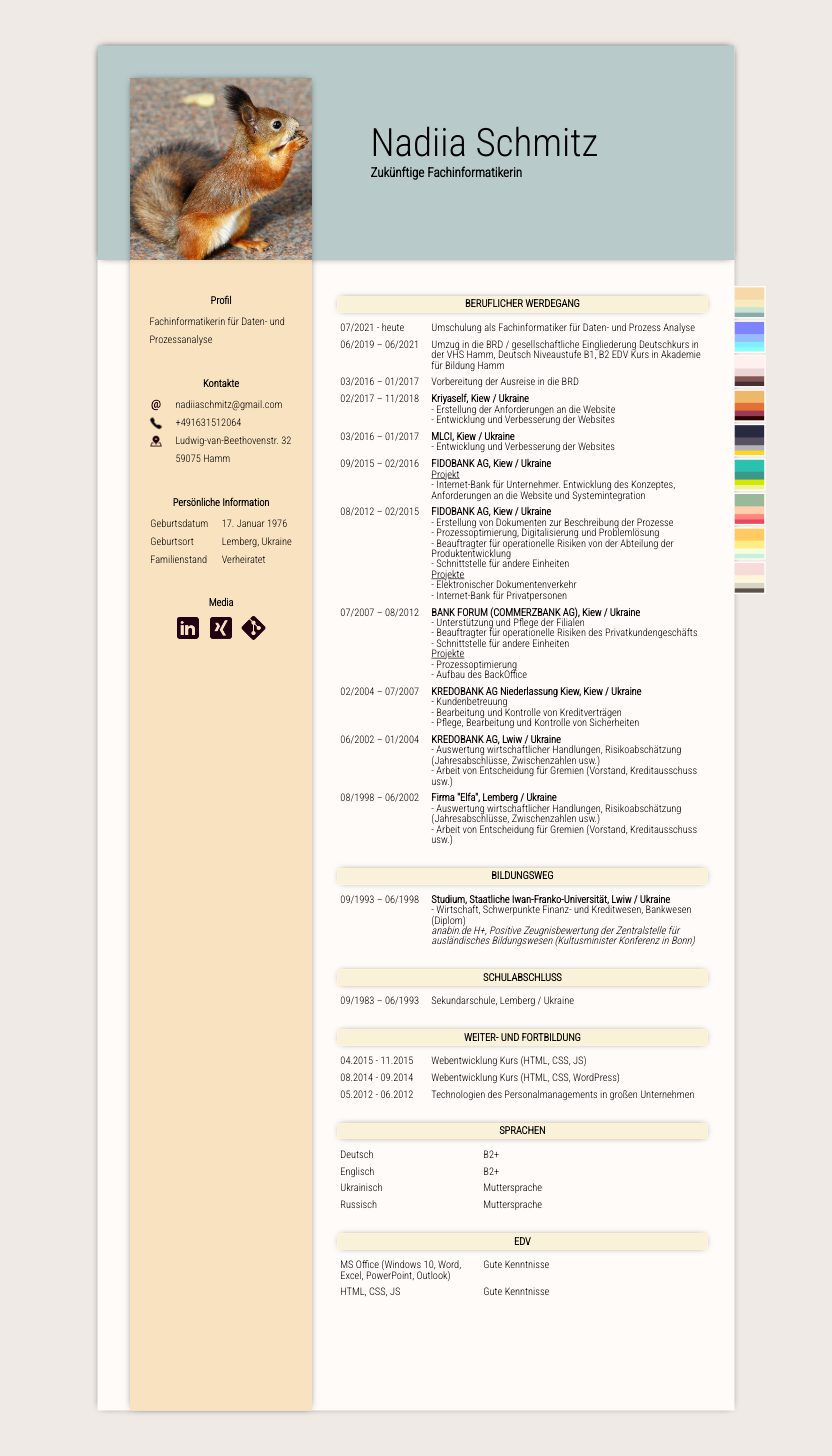
Repository: NadiaSchmitz/lebenslauf.nschmitz.githab.io
Page: index.html
The author's editor kept a record of every edit. The page is drawn from the files as they stood at one moment, then again after the next edit.
The browser window is 1280 px wide. The pictures show the whole page, at 65% of full size.

Above is the page before.

### index.html
<!DOCTYPE html>
<html>

<head>
  <meta charset="utf-8" />
  <title>Lebenslauf Nadiia Schmitz</title>
  <link rel="stylesheet" href="./styles/reset.css" type="text/css" />
  <link rel="stylesheet" href="./styles/style.css" type="text/css" />
  <link rel="stylesheet" href="./styles/icons.css" type="text/css" />
  <meta name="viewport" content="width=device-width, initial-scale=1.0">
  <link rel="preconnect" href="https://fonts.googleapis.com">
  <link rel="preconnect" href="https://fonts.gstatic.com" crossorigin>
  <link href="https://fonts.googleapis.com/css2?family=Roboto+Condensed:wght@300&display=swap" rel="stylesheet">
  <link rel="shortcut icon" href="images/favicon.png" type="image/x-icon">
  <script src="https://ajax.googleapis.com/ajax/libs/jquery/2.2.0/jquery.min.js"></script>
  <script type="text/javascript" src="./js/colors.js"></script>
</head>

<body>
  <section class="wrapper">
    <section class="inner_wrapper">
      <div class="content_wrapper">
        <header class="header">
          <div class="header_text">
            <h1>Nadiia Schmitz</h1>
            <h2>Zukünftige Fachinformatikerin</h2>
          </div>
        </header>
        <div class="color_schema_buttons_wrapper">
          <div id="pistachios" class="color_schema_button pistachios" title="pistachios"></div>
          <div id="sea" class="color_schema_button sea" title="sea"></div>
          <div id="cappuchino" class="color_schema_button cappuchino" title="cappuchino"></div>
          <div id="autumn" class="color_schema_button autumn" title="autumn"></div>
          <div id="bvb" class="color_schema_button bvb" title="bvb"></div>
          <div id="lime" class="color_schema_button lime" title="lime"></div>
          <div id="summer" class="color_schema_button summer" title="summer"></div>
          <div id="sun" class="color_schema_button sun" title="sun"></div>
          <div id="pastel" class="color_schema_button pastel" title="pastel"></div>
        </div>
        <div class="lebenslauf_wrapper">
          <div class="sidebar sidebar_left">
            <div class="sidebar_foto"></div>
            <div class="sidebar_content">
              <div class="sidebar_content_item profile">
                <h3>Profil</h3>
                <table>
                  <tr>
                    <td col="2">Fachinformatikerin für Daten- und Prozessanalyse</td>
                  </tr>
                </table>
              </div>
              <div class="sidebar_content_item contacts">
                <h3>Kontakte</h3>
                <table>
                  <tr>
                    <td>
                      <span class="sidebar_content_item_icon contacts_email"></span>
                    </td>
                    <td>nadiiaschmitz@gmail.com</td>
                  </tr>
                  <tr>
                    <td>
                      <span class="sidebar_content_item_icon contacts_phone"></span>
                    </td>
                    <td>+491631512064</td>
                  </tr>
                  <tr>
                    <td>
                      <span class="sidebar_content_item_icon contacts_adress"></span>
                    </td>
                    <td>Ludwig-van-Beethovenstr. 32 59075 Hamm</td>
                  </tr>
                </table>
              </div>
              <div class="sidebar_content_item personal">
                <h3>Persönliche Information</h3>
                <table>
                  <tr>
                    <td>Geburtsdatum</td>
                    <td>17. Januar 1976</td>
                  </tr>
                  <tr>
                    <td>Geburtsort</td>
                    <td>Lemberg, Ukraine</td>
                  </tr>
                  <tr>
                    <td>Familienstand</td>
                    <td>Verheiratet</td>
                  </tr>
                </table>
              </div>
              <div class="sidebar_content_item social">
                <h3>Media</h3>
                <table>
                  <tr>
                    <td><a href="https://www.linkedin.com/in/nadiia-schmitz-93491722" class="linkedin" target="_blank"></a></td>
                    <td><a href="https://www.xing.com/profile/Nadiia_Schmitz3" class="xing" target="_blank"></a></td>
                    <td><a href="https://github.com/NadiaSchmitz" class="git" target="_blank"></a></td>
                  </tr>
                </table>
              </div>
            </div>
          </div>
          <div class="sidebar sidebar_right">
            <div class="sidebar_right_content">
              <div class="sidebar_right_content_item">
                <h4>BERUFLICHER WERDEGANG</h4>
                <table>
                  <tr>
                    <td>07/2021 - heute</td>
                    <td>Umschulung als Fachinformatiker für Daten- und Prozess Analyse</td>
                  </tr>
                  <tr>
                    <td>06/2019 – 06/2021</td>
                    <td>Umzug in die BRD / gesellschaftliche Eingliederung Deutschkurs in der VHS Hamm, Deutsch Niveaustufe B1, B2 EDV Kurs in Akademie für Bildung Hamm
                    </td>
                  </tr>
                  <tr>
                    <td>03/2016 – 01/2017</td>
                    <td>Vorbereitung der Ausreise in die BRD</td>
                  </tr>
                  <tr>
                    <td>02/2017 – 11/2018</td>
                    <td>
                      <span class="employer">Kriyaself, Kiew / Ukraine</span>
                      <ul>
                        <li>- Erstellung der Anforderungen an die Website</li>
                        <li>- Entwicklung und Verbesserung der Websites</li>
                      </ul>
                    </td>
                  </tr>
                  <tr>
                    <td>03/2016 – 01/2017</td>
                    <td>
                      <span class="employer">MLCI, Kiew / Ukraine</span>
                      <ul>
                        <li>- Entwicklung und Verbesserung der Websites</li>
                      </ul>
                    </td>
                  </tr>
                  <tr>
                    <td>09/2015 – 02/2016</td>
                    <td>
                      <span class="employer">FIDOBANK AG, Kiew / Ukraine</span>
                      <ul>
                        <span class="project">Projekt</span>
                        <li>- Internet-Bank für Unternehmer. Entwicklung des Konzeptes, Anforderungen an die Website und Systemintegration</li>
                      </ul>
                    </td>
                  </tr>
                  <tr>
                    <td>08/2012 – 02/2015</td>
                    <td>
                      <span class="employer">FIDOBANK AG, Kiew / Ukraine</span>
                      <ul>
                        <li>-	Erstellung von Dokumenten zur Beschreibung der Prozesse</li>
                        <li>-	Prozessoptimierung, Digitalisierung und Problemlösung</li>
                        <li>-	Beauftragter für operationelle Risiken von der Abteilung der Produktentwicklung </li>
                        <li>-	Schnittstelle für andere Einheiten</li>
                        <span class="project">Projekte</span>
                        <li>-	Elektronischer Dokumentenverkehr</li>
                        <li>-	Internet-Bank für Privatpersonen</li>
                      </ul>
                    </td>
                  </tr>
                  <tr>
                    <td>07/2007 – 08/2012</td>
                    <td>
                      <span class="employer">BANK FORUM (COMMERZBANK AG), Kiew / Ukraine</span>
                      <ul>
                        <li>-	Unterstützung und Pflege der Filialen</li>
                        <li>-	Beauftragter für operationelle Risiken des Privatkundengeschäfts</li>
                        <li>-	Schnittstelle für andere Einheiten  </li>
                        <span class="project">Projekte</span>
                        <li>-	Prozessoptimierung</li>
                        <li>-	Aufbau des BackOffice</li>
                      </ul>
                    </td>
                  </tr>
                  <tr>
                    <td>02/2004 – 07/2007</td>
                    <td>
                      <span class="employer">KREDOBANK AG Niederlassung Kiew, Kiew / Ukraine</span>
                      <ul>
                        <li>-	Kundenbetreuung</li>
                        <li>-	Bearbeitung und Kontrolle von Kreditverträgen</li>
                        <li>-	Pflege, Bearbeitung und Kontrolle von Sicherheiten</li>
                      </ul>
                    </td>
                  </tr>
                  <tr>
                    <td>06/2002 – 01/2004</td>
                    <td>
                      <span class="employer">KREDOBANK AG, Lwiw / Ukraine</span>
                      <ul>
                        <li>-	Auswertung wirtschaftlicher Handlungen, Risikoabschätzung (Jahresabschlüsse, Zwischenzahlen usw.)</li>
                        <li>-	Arbeit von Entscheidung für Gremien (Vorstand, Kreditausschuss usw.)</li>
                      </ul>
                    </td>
                  </tr>
                  <tr>
                    <td>08/1998 – 06/2002</td>
                    <td>
                      <span class="employer">Firma "Elfa", Lemberg / Ukraine</span>
                      <ul>
                        <li>-	Auswertung wirtschaftlicher Handlungen, Risikoabschätzung (Jahresabschlüsse, Zwischenzahlen usw.)</li>
                        <li>-	Arbeit von Entscheidung für Gremien (Vorstand, Kreditausschuss usw.)</li>
                      </ul>
                    </td>
                  </tr>
                </table>
              </div>
              <div class="sidebar_right_content_item">
                <h4>BILDUNGSWEG</h4>
                <table>
                  <tr>
                    <td>09/1993 – 06/1998</td>
                    <td>
                      <span class="employer">Studium, Staatliche Iwan-Franko-Universität, Lwiw / Ukraine</span>
                      <ul>
                        <li>- Wirtschaft, Schwerpunkte Finanz- und Kreditwesen, Bankwesen (Diplom)</li>
                        <li class="addition">anabin.de H+, Positive Zeugnisbewertung der Zentralstelle für ausländisches Bildungswesen (Kultusminister Konferenz in Bonn)</li>
                      </ul>
                    </td>
                  </tr>
                </table>
              </div>
              <div class="sidebar_right_content_item">
                <h4>SCHULABSCHLUSS</h4>
                <table>
                  <tr>
                    <td>09/1983 – 06/1993</td>
                    <td>Sekundarschule, Lemberg / Ukraine</td>
                  </tr>
                </table>
              </div>
              <div class="sidebar_right_content_item">
                <h4>WEITER- UND FORTBILDUNG</h4>
                <table>
                  <tr>
                    <td>04.2015 - 11.2015</td>
                    <td>Webentwicklung Kurs (HTML, CSS, JS)</td>
                  </tr>
                  <tr>
                    <td>08.2014 - 09.2014</td>
                    <td>Webentwicklung Kurs (HTML, CSS, WordPress)</td>
                  </tr>
                  <tr>
                    <td>05.2012 - 06.2012</td>
                    <td>Technologien des Personalmanagements in großen Unternehmen</td>
                  </tr>
                </table>
              </div>
              <div class="sidebar_right_content_item lang">
                <h4>SPRACHEN</h4>
                <table>
                  <tr>
                    <td>Deutsch</td>
                    <td>B2+</td>
                  </tr>
                  <tr>
                    <td>Englisch</td>
                    <td>B2+</td>
                  </tr>
                  <tr>
                    <td>Ukrainisch</td>
                    <td>Muttersprache</td>
                  </tr>
                  <tr>
                    <td>Russisch</td>
                    <td>Muttersprache</td>
                  </tr>
                </table>
              </div>
              <div class="sidebar_right_content_item edv">
                <h4>EDV</h4>
                <table>
                  <tr>
                    <td>MS Office (Windows 10, Word, Excel, PowerPoint, Outlook)</td>
                    <td>Gute Kenntnisse</td>
                  </tr>
                  <tr>
                    <td>HTML, CSS, JS</td>
                    <td>Gute Kenntnisse</td>
                  </tr>
                </table>
              </div>
            </div>
          </div>
        </div>
      </div>
    </section>
  </section>
</body>

</html>

### styles/reset.css
html, body, div, span, applet, object, iframe,
h1, h2, h3, h4, h5, h6, p, blockquote, pre,
a, abbr, acronym, address, big, cite, code,
del, dfn, em, img, ins, kbd, q, s, samp,
small, strike, strong, sub, sup, tt, var,
b, u, i, center,
dl, dt, dd, ol, ul, li,
fieldset, form, label, legend,
table, caption, tbody, tfoot, thead, tr, th, td,
article, aside, canvas, details, embed,
figure, figcaption, footer, header, hgroup,
menu, nav, output, ruby, section, summary,
time, mark, audio, video {
	margin: 0;
	padding: 0;
	box-sizing: border-box;
	border: 0;
	font-size: 100%;
	font: inherit;
	vertical-align: baseline;
}
/* HTML5 display-role reset for older browsers */
article, aside, details, figcaption, figure,
footer, header, hgroup, menu, nav, section {
	display: block;
}
body {
	line-height: 1;
}
ol, ul {
	list-style: none;
}
blockquote, q {
	quotes: none;
}
blockquote:before, blockquote:after,
q:before, q:after {
	content: '';
	content: none;
}
table {
	border-collapse: collapse;
	border-spacing: 0;
}

### styles/style.css
html {
  font-family: 'Roboto Condensed', sans-serif;
  background-color: #efeae5;
}

.wrapper {}

.inner_wrapper {
  width: 980px;
  margin: 70px auto;
}

@media only screen and (max-width: 1080px) {
  .inner_wrapper {
    width: 900px;
    margin: 30px auto;
  }
}

@media only screen and (max-width: 900px) {
  .inner_wrapper {
    width: 100%;
    margin: 0;
  }
}

.content_wrapper {
  position: relative;
  background-color: #fffbf8;
  -webkit-box-shadow: 0px 0px 12px -5px rgba(0, 0, 0, 0.75);
  -moz-box-shadow: 0px 0px 12px -5px rgba(0, 0, 0, 0.75);
  box-shadow: 0px 0px 12px -5px rgba(0, 0, 0, 0.75);
}

.header {
  height: 330px;
  background-color: rgb(135 170 170 / 59%);
  -webkit-box-shadow: 0px 0px 12px -5px rgba(0, 0, 0, 0.75);
  -moz-box-shadow: 0px 0px 12px -5px rgba(0, 0, 0, 0.75);
  box-shadow: 0px 0px 12px -5px rgba(0, 0, 0, 0.75);
}

@media only screen and (max-width: 1080px) {
  .header {
    height: 280px;
  }
}

@media only screen and (max-width: 900px) {
  .header {
    height: 580px;
    padding: 60px 0 0 0;
  }
}

@media only screen and (max-width: 480px) {
  .header {
    padding: 70px 0 0 0;
  }
}

.header_text {
  margin: 0 0 0 420px;
  padding: 120px 0 0 0;
}

@media only screen and (max-width: 1080px) {
  .header_text {
    margin: 0 0 0 380px;
    padding: 100px 0 0 0;
  }
}

@media only screen and (max-width: 900px) {
  .header_text {
    text-align: center;
    margin: 0;
    padding: 0;
  }
}

h1 {
  color: #000000;
  font-size: 60px;
  margin: 0 0 5px 0;
}

@media only screen and (max-width: 900px) {
  h1 {
    font-size: 50px;
  }
}

@media only screen and (max-width: 480px) {
  h1 {
    font-size: 36px;
    font-weight: 700;
  }
}

h2 {
  color: #000000;
  font-size: 20px;
  font-weight: 600;
}

@media only screen and (max-width: 480px) {
  h2 {
    font-size: 16px;
  }
}

.sidebar {
  display: inline-block;
  vertical-align: top;
}

@media only screen and (max-width: 900px) {
  .lebenslauf_wrapper {
    padding: 0 30px 30px 30px;
  }
}

@media only screen and (max-width: 480px) {
  .lebenslauf_wrapper {
    padding: 0 15px 15px 15px;
  }
}

@media only screen and (max-width: 360px) {
  .lebenslauf_wrapper {
    padding: 0 10px 10px 10px;
  }
}

.sidebar_left {
  width: 280px;
  height: 2050px;
  background-color: rgb(246 215 167 / 68%);
  -webkit-box-shadow: 0px 0px 12px -5px rgba(0, 0, 0, 0.75);
  -moz-box-shadow: 0px 0px 12px -5px rgba(0, 0, 0, 0.75);
  box-shadow: 0px 0px 12px -5px rgba(0, 0, 0, 0.75);
  margin: -280px 0 0 50px;
}

@media only screen and (max-width: 1080px) {
  .sidebar_left {
    width: 250px;
    margin: -250px 0 0 30px;
  }
}

@media only screen and (max-width: 900px) {
  .sidebar_left {
    width: 100%;
    height: auto;
    margin: -380px 0 0 0;
  }
}

.sidebar_foto {
  width: 280px;
  height: 280px;
  background-image: url(../images/foto.jpg);
  background-position: 50%;
  background-size: cover;
}

@media only screen and (max-width: 1080px) {
  .sidebar_foto {
    width: 250px;
    height: 250px;
  }
}

@media only screen and (max-width: 900px) {
  .sidebar_foto {
    width: 350px;
    height: 350px;
    margin: 30px auto 0;
  }
}

@media only screen and (max-width: 480px) {
  .sidebar_foto {
    width: 320px;
    height: 320px;
  }
}

@media only screen and (max-width: 360px) {
  .sidebar_foto {
    width: 100%;
  }
}

.sidebar_content {
  padding: 55px 30px 30px 30px;
}

@media only screen and (max-width: 1080px) {
  .sidebar_content {
    padding: 45px 20px 20px 20px;
  }
}

@media only screen and (max-width: 900px) {
  .sidebar_content {
    padding: 50px 20px 20px 20px;
  }
}

@media only screen and (max-width: 480px) {
  .sidebar_content {
    padding: 80px 20px 20px 20px;
  }
}

.sidebar_content_item {
  margin: 0 0 30px 0;
  padding: 0 0 15px 0;
}

.sidebar_content_item:last-of-type {
  border-bottom: 1px solid transparent;
  margin: 0;
}

h3 {
  color: #000000;
  font-size: 16px;
  font-weight: 600;
  text-align: center;
  margin: 0 0 10px 0;
}

.sidebar_content_item table {
  margin: 0 auto;
}

.sidebar_content_item table td {
  height: 28px;
  font-size: 16px;
  line-height: 28px;
}

@media only screen and (max-width: 360px) {
  .sidebar_content_item table td {
    font-size: 14px;
  }
}

.profile table td {
  width: 100%;
}

.contacts table td:nth-of-type(1) {
  width: 40px;
}

.personal table td:nth-of-type(1) {
  width: 110px;
}

.social table {
  margin: 0 auto;
}

.social table td {
  width: 33%;
  padding: 0 5px 0 5px;
}

.social table td a {
  display: inline-block;
  width: 40px;
  height: 40px;
  background-size: contain;
  background-position: 50%;
  cursor: pointer;
}

.sidebar_content_item_icon {
  display: inline-block;
  vertical-align: middle;
  width: 20px;
  height: 20px;
  background-size: contain;
  background-position: 50%;
}

.sidebar_right {
  width: calc(100% - 280px - 60px);
  padding: 55px 35px 35px 35px;
}

@media only screen and (max-width: 1080px) {
  .sidebar_right {
    width: calc(100% - 250px - 35px);
    padding: 40px 75px 20px 20px;
  }
}

@media only screen and (max-width: 900px) {
  .sidebar_right {
    width: 100%;
    padding: 40px 20px 50px 20px;
  }
}

@media only screen and (max-width: 480px) {
  .sidebar_right {
    width: 100%;
    padding: 60px 0 50px 0;
  }
}

.sidebar_right_content_item {
  margin: 0 0 30px 0;
}

.sidebar_right_content_item h4 {
  color: #000000;
  font-size: 16px;
  font-weight: 600;
  text-align: center;
  background-color: rgb(246 234 190 / 54%);
  -webkit-box-shadow: 0px 0px 12px -5px rgba(0, 0, 0, 0.75);
  -moz-box-shadow: 0px 0px 12px -5px rgba(0, 0, 0, 0.75);
  box-shadow: 0px 0px 12px -5px rgba(0, 0, 0, 0.75);
  margin: 0 0 10px 0;
  padding: 5px;
}

.sidebar_right_content_item table tr td {
  font-size: 16px;
  padding: 5px;
}

.sidebar_right_content_item .employer {
  font-weight: 700;
}

.sidebar_right_content_item .project {
  text-decoration: underline;
}

.sidebar_right_content_item .addition {
  font-style: italic;
}

@media only screen and (max-width: 360px) {
  .sidebar_right_content_item table tr td {
    font-size: 14px;
  }
}

.sidebar_right_content_item table tr td:nth-of-type(1) {
  width: 140px;
}

@media only screen and (max-width: 360px) {
  .sidebar_right_content_item table tr td:nth-of-type(1) {
    width: 120px;
  }
}

.edv {
  width: 100%;
}

.lang table tr td:nth-of-type(1),
.edv table tr td:nth-of-type(1) {
  width: 220px;
}

@media only screen and (max-width: 360px) {
  .lang table tr td:nth-of-type(1),
  .edv table tr td:nth-of-type(1) {
    width: 170px;
  }
}

.color_schema_buttons_wrapper {
  position: absolute;
  right: -48px;
  top: 370px;
}

@media only screen and (max-width: 1080px) {
  .color_schema_buttons_wrapper {
    right: 0;
    top: 282px;
  }
}

@media only screen and (max-width: 900px) {
  .color_schema_buttons_wrapper {
    right: 0;
    top: 600px;
  }
}

@media only screen and (max-width: 360px) {
  .color_schema_buttons_wrapper {
    display: none;
  }
}

.color_schema_button {
  width: 50px;
  height: 50px;
  background-position: 50%;
  background-size: contain;
  border: 2px solid #fffbf8;
  margin: 0 0 3px 0;
}

@media only screen and (max-width: 1080px) {
  .color_schema_button {
    width: 40px;
    height: 40px;
  }
}

.pistachios {
  background-image: url(../images/pistachios.png);
}

.sea {
  background-image: url(../images/sea.png);
}

.cappuchino {
  background-image: url(../images/cappuchino.png);
}

.autumn {
  background-image: url(../images/autumn.png);
}

.bvb {
  background-image: url(../images/bvb.png);
}

.lime {
  background-image: url(../images/lime.png);
}

.summer {
  background-image: url(../images/summer.png);
}

.sun {
  background-image: url(../images/sun.png);
}

.pastel {
  background-image: url(../images/pastel.png);
}

Loaded but not shown: styles/icons.css (library); js/colors.js (82 lines, source omitted)

After the next edit:
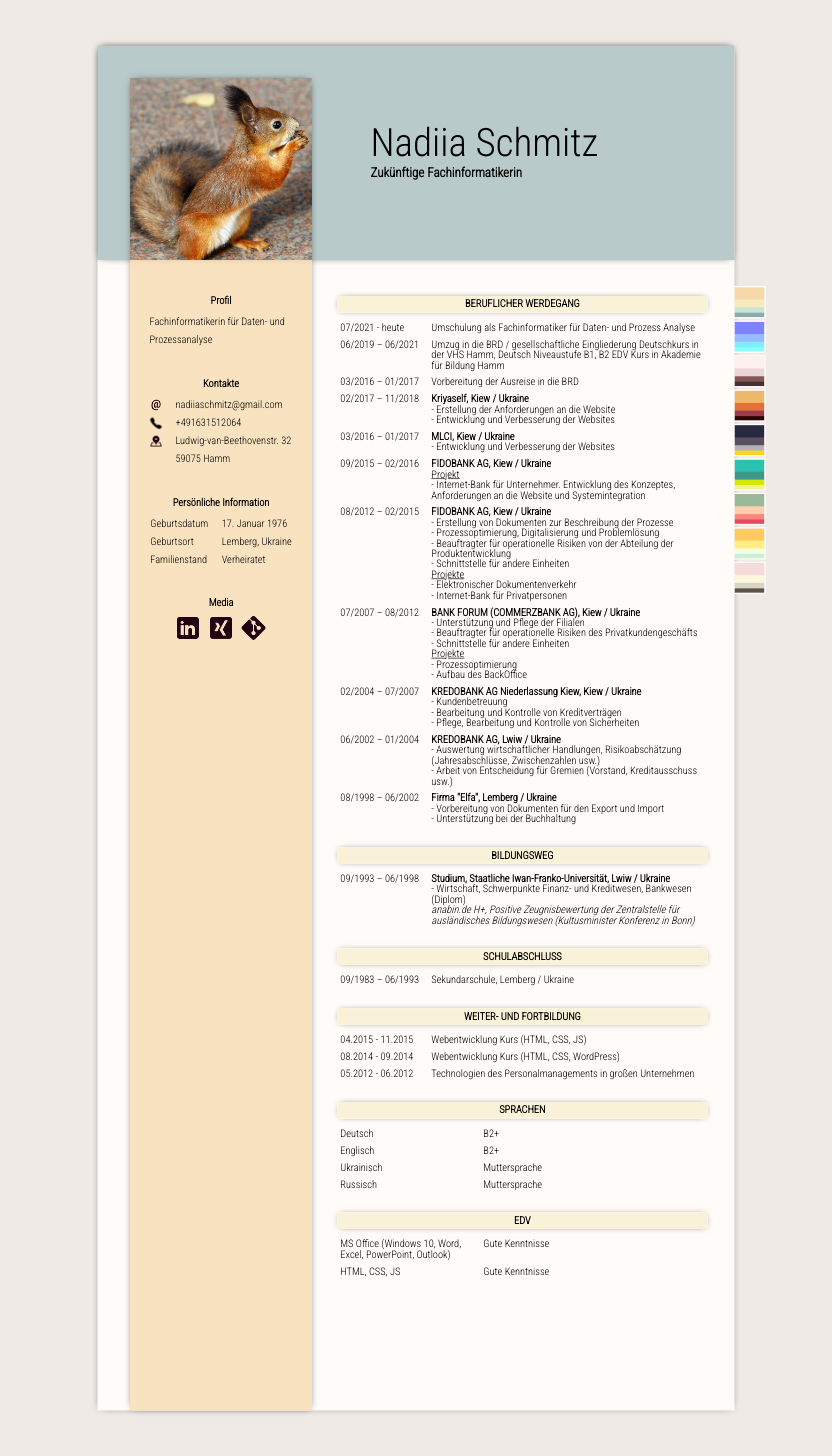
The edit:
--- a/index.html
+++ b/index.html
@@ -203,8 +203,8 @@
                     <td>
                       <span class="employer">Firma "Elfa", Lemberg / Ukraine</span>
                       <ul>
-                        <li>-	Auswertung wirtschaftlicher Handlungen, Risikoabschätzung (Jahresabschlüsse, Zwischenzahlen usw.)</li>
-                        <li>-	Arbeit von Entscheidung für Gremien (Vorstand, Kreditausschuss usw.)</li>
+                        <li>-	Vorbereitung von Dokumenten für den Export und Import</li>
+                        <li>-	Unterstützung bei der Buchhaltung</li>
                       </ul>
                     </td>
                   </tr>
